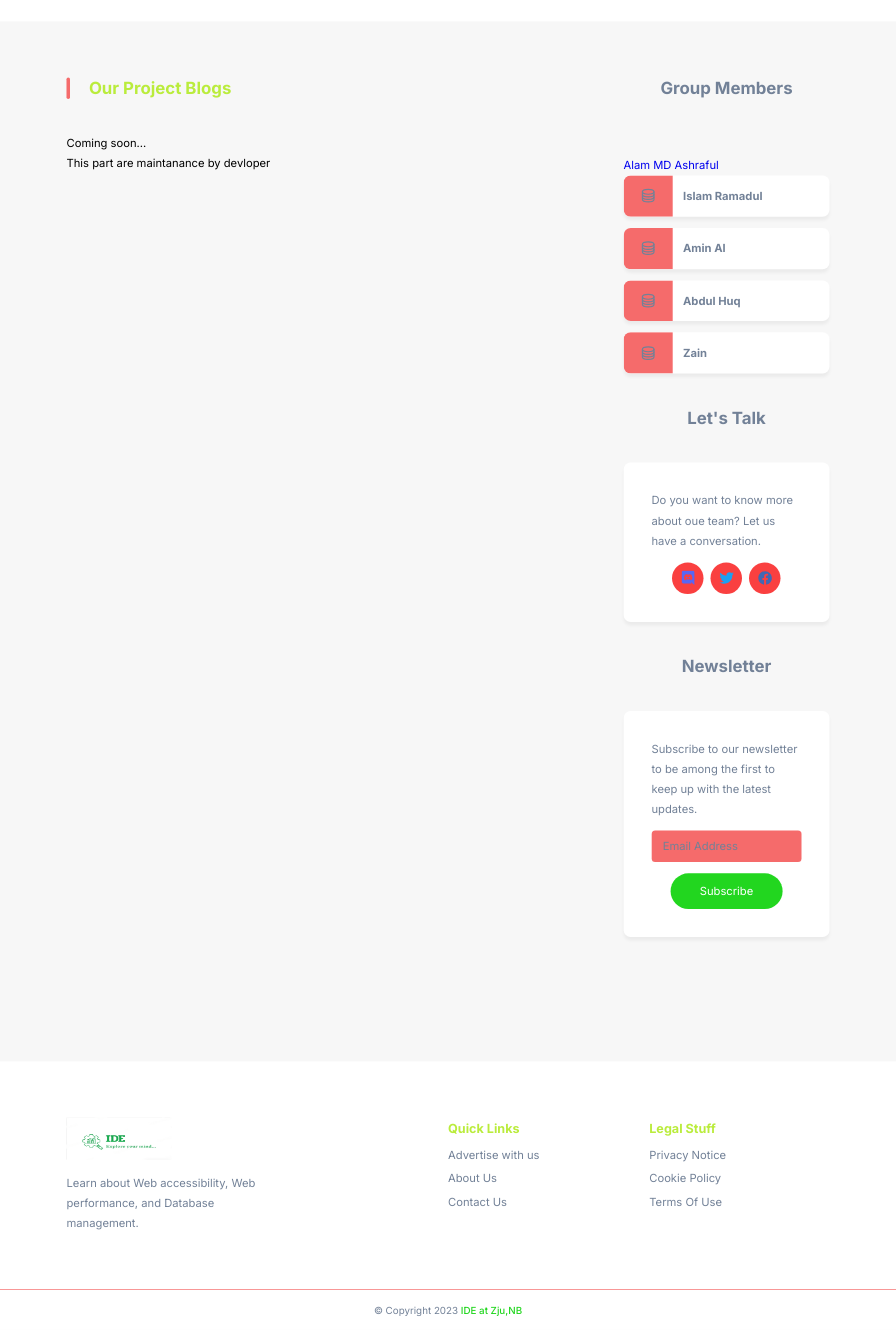
Repository: ramizraaz/zjuTeam
Page: main.html
These files come from the project's save history. The page is drawn as it stood at one moment and after the next save; the edit follows.
The browser window is 1280 px wide. The pictures show the part of the page from y = 521 to 2421 px (the page is 2421 px tall), at 70% of full size.
A picture or video elsewhere on the page could not be fetched, so the positions and the page height are approximate.

Above is the page before, as saved 2023-10-09 02:53:55.

### main.html
<!DOCTYPE html>
<html lang="en">

<head>
    <meta charset="UTF-8">
    <meta http-equiv="X-UA-Compatible" content="IE=edge">
    <meta name="viewport" content="width=device-width, initial-scale=1.0">
    <title>Team IDE at Zju,NB</title>


    <!--
    - custom css link
  -->
    <link rel="stylesheet" href="main.css">

    <!--
    - google font link
  -->
    <link rel="preconnect" href="https://fonts.googleapis.com">
    <link rel="preconnect" href="https://fonts.gstatic.com" crossorigin>
    <link href="https://fonts.googleapis.com/css2?family=Inter:wght@400;500;600;700;900&display=swap" rel="stylesheet">
</head>

<body class="light-theme">

    <!--
    - #HEADER
  -->

    <header>

        <div class="container">

            <nav class="navbar">

                <a href="#">
                    <img src="img/teamLogo.png" alt="Team LoGo" width="150" height="80" class="logo-light">
                    <img src="img/teamLogo.png" alt="Team logo" width="150" height="80" class="logo-dark">
                </a>

                <div class="btn-group">

                    <button class="theme-btn theme-btn-mobile light">
            <ion-icon name="moon" class="moon"></ion-icon>
            <ion-icon name="sunny" class="sun"></ion-icon>
          </button>

                    <button class="nav-menu-btn">
            <ion-icon name="menu-outline"></ion-icon>
          </button>

                </div>

                <div class="flex-wrapper">

                    <ul class="desktop-nav">

                        <li>
                            <a href="#" class="nav-link">Home</a>
                        </li>

                        <li>
                            <a href="#" class="nav-link">About US</a>
                        </li>

                        <li>
                            <a href="#" class="nav-link">Contact US</a>
                        </li>

                    </ul>

                    <button class="theme-btn theme-btn-desktop light">
            <ion-icon name="moon" class="moon"></ion-icon>
            <ion-icon name="sunny" class="sun"></ion-icon>
          </button>

                </div>

                <div class="mobile-nav">

                    <button class="nav-close-btn">
            <ion-icon name="close-outline"></ion-icon>
          </button>

                    <div class="wrapper">

                        <p class="h3 nav-title">Main Menu</p>

                        <ul>
                            <li class="nav-item">
                                <a href="#" class="nav-link">Home</a>
                            </li>

                            <li class="nav-item">
                                <a href="#" class="nav-link">About Me</a>
                            </li>

                            <li class="nav-item">
                                <a href="#" class="nav-link">Contact</a>
                            </li>
                        </ul>

                    </div>
                </div>

            </nav>

        </div>

    </header>





    <main>

        <!--
      - #HERO SECTION
    -->

        <div class="hero">

            <div class="container">

                <div class="left">

                    <h1 class="h1">
                        Hi, We're <b>IDE&nbsp;Team</b>.
                        <br>at Zju,NB
                    </h1>

                    <p class="h3">
                        Your problems <abbr title="Accessibility">is</abbr> our opportunity
                    </p>

                    <div class="btn-group">
                        <a href="#" class="btn btn-primary">Contact us</a>
                        <a href="#" class="btn btn-secondary">About us</a>
                    </div>

                </div>

                <div class="right">

                    <div class="pattern-bg"></div>
                    <div class="img-box">
                        <img src="img/teamPhoto.jpg" alt="Group Photo" class="hero-img">
                    </div>

                </div>

            </div>

        </div>





        <div class="main">

            <div class="container">

                <!--
          - BLOG SECTION
        -->

                <div class="blog">

                    <h2 class="h2">Our Project Blogs</h2>
                    <p>Coming soon... <br> This part are maintanance by devloper</p>

                </div>





                <!--
          - ASIDE
        -->

                <div class="aside">

                    <div class="topics">

                        <h2 class="h2">Group Members</h2>

                        <a href="#" class="topic-btn">


                            <p>
                                <a href="https://ashraful756.github.io/Ashraful_Profile/" target="">Alam MD Ashraful</a></p>
                        </a>
                        <a href="#" class="topic-btn">
                            <div class="icon-box">
                                <ion-icon name="server-outline"></ion-icon>
                            </div>

                            <p>Islam Ramadul</p>
                        </a>
                        <a href="#" class="topic-btn">
                            <div class="icon-box">
                                <ion-icon name="server-outline"></ion-icon>
                            </div>

                            <p>Amin Al</p>
                        </a>
                        <a href="#" class="topic-btn">
                            <div class="icon-box">
                                <ion-icon name="server-outline"></ion-icon>
                            </div>

                            <p>Abdul Huq</p>
                        </a>
                        <a href="#" class="topic-btn">
                            <div class="icon-box">
                                <ion-icon name="server-outline"></ion-icon>
                            </div>

                            <p>Zain</p>
                        </a>

                    </div>
                    <div class="contact">

                        <h2 class="h2">Let's Talk</h2>

                        <div class="wrapper">

                            <p>
                                Do you want to know more about oue team? Let us have a conversation.
                            </p>

                            <ul class="social-link">

                                <li>
                                    <a href="#" class="icon-box discord">
                                        <ion-icon name="logo-discord"></ion-icon>
                                    </a>
                                </li>

                                <li>
                                    <a href="#" class="icon-box twitter">
                                        <ion-icon name="logo-twitter"></ion-icon>
                                    </a>
                                </li>

                                <li>
                                    <a href="#" class="icon-box facebook">
                                        <ion-icon name="logo-facebook"></ion-icon>
                                    </a>
                                </li>

                            </ul>

                        </div>

                    </div>

                    <div class="newsletter">

                        <h2 class="h2">Newsletter</h2>

                        <div class="wrapper">

                            <p>
                                Subscribe to our newsletter to be among the first to keep up with the latest updates.
                            </p>

                            <form action="#">
                                <input type="email" name="email" placeholder="Email Address" required>

                                <button type="submit" class="btn btn-primary">Subscribe</button>
                            </form>

                        </div>

                    </div>

                </div>

            </div>

        </div>

    </main>





    <!--
    - #FOOTER
  -->

    <footer>

        <div class="container">

            <div class="wrapper">

                <a href="#" class="footer-logo">
                    <img src="img/teamLogo.png" alt="Team Logo" width="150" height="60" class="logo-light">
                    <img src="img/teamLogo.png" alt="Team Logo" width="150" height="60" class="logo-dark">
                </a>

                <p class="footer-text">
                    Learn about Web accessibility, Web performance, and Database management.
                </p>

            </div>

            <div class="wrapper">

                <p class="footer-title">Quick Links</p>

                <ul>

                    <li>
                        <a href="#" class="footer-link">Advertise with us</a>
                    </li>

                    <li>
                        <a href="#" class="footer-link">About Us</a>
                    </li>

                    <li>
                        <a href="#" class="footer-link">Contact Us</a>
                    </li>

                </ul>

            </div>

            <div class="wrapper">

                <p class="footer-title">Legal Stuff</p>

                <ul>

                    <li>
                        <a href="#" class="footer-link">Privacy Notice</a>
                    </li>

                    <li>
                        <a href="#" class="footer-link">Cookie Policy</a>
                    </li>

                    <li>
                        <a href="#" class="footer-link">Terms Of Use</a>
                    </li>

                </ul>

            </div>

        </div>

        <p class="copyright">
            &copy; Copyright 2023 <a href="https://github.com/NexMaker-Fab/2023zjudem-team2" target="_blank">IDE at Zju,NB</a>
        </p>

    </footer>





    <!--
    - custom js link
  -->
    <script src="js/script.min.js"></script>

    <!--
    - ionicon link
  -->
    <script type="module" src="https://unpkg.com/ionicons@5.5.2/dist/ionicons/ionicons.esm.js"></script>
    <script nomodule src="https://unpkg.com/ionicons@5.5.2/dist/ionicons/ionicons.js"></script>
</body>

</html>

Loaded but not shown: js/script.min.js (common file); main.css (892 lines, source omitted)

After the next save:
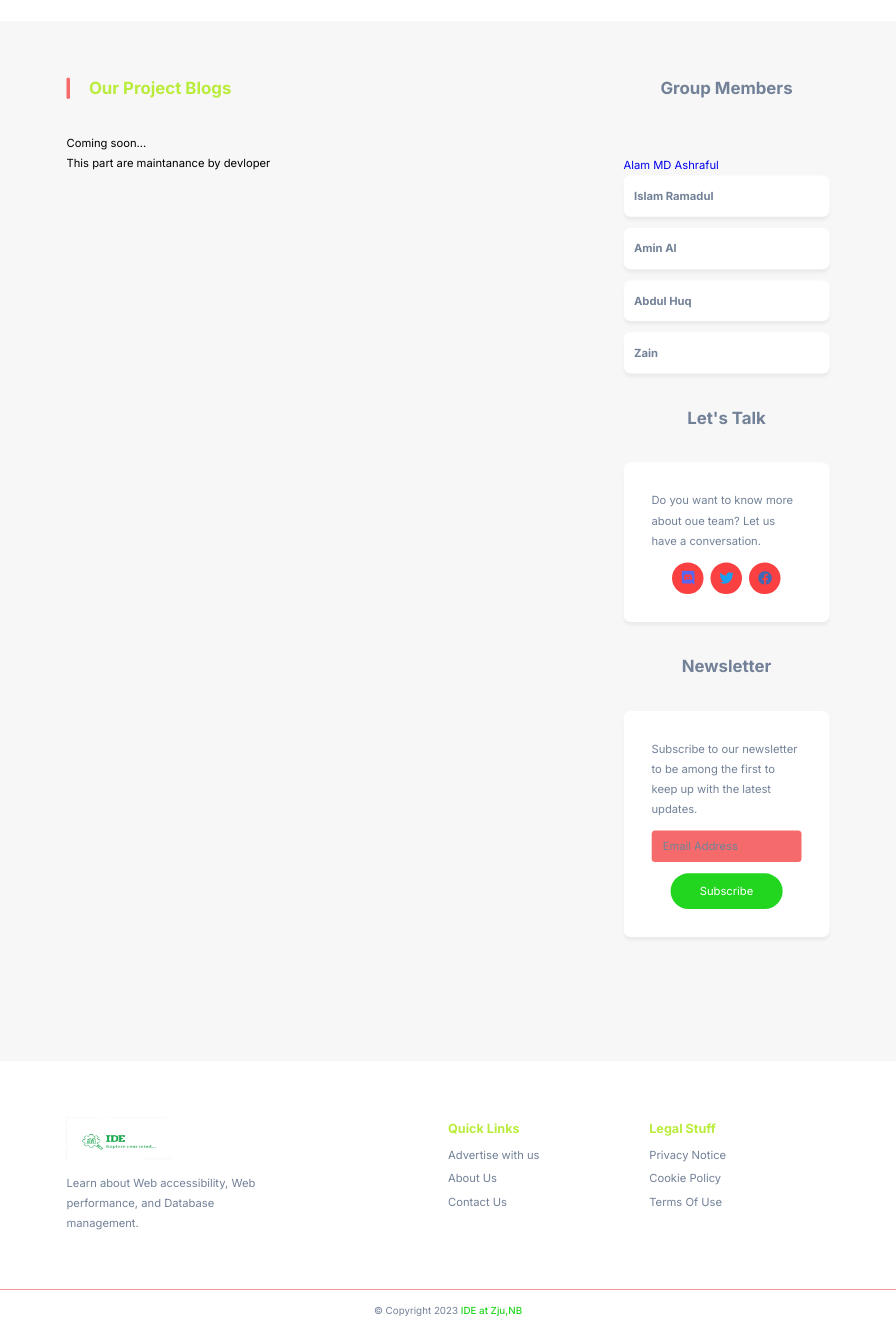
Saved 31 s later.
--- a/main.html
+++ b/main.html
@@ -188,36 +188,26 @@
                         <h2 class="h2">Group Members</h2>
 
                         <a href="#" class="topic-btn">
-
-
                             <p>
                                 <a href="https://ashraful756.github.io/Ashraful_Profile/" target="">Alam MD Ashraful</a></p>
                         </a>
                         <a href="#" class="topic-btn">
-                            <div class="icon-box">
-                                <ion-icon name="server-outline"></ion-icon>
-                            </div>
+
 
                             <p>Islam Ramadul</p>
                         </a>
                         <a href="#" class="topic-btn">
-                            <div class="icon-box">
-                                <ion-icon name="server-outline"></ion-icon>
-                            </div>
+
 
                             <p>Amin Al</p>
                         </a>
                         <a href="#" class="topic-btn">
-                            <div class="icon-box">
-                                <ion-icon name="server-outline"></ion-icon>
-                            </div>
+
 
                             <p>Abdul Huq</p>
                         </a>
                         <a href="#" class="topic-btn">
-                            <div class="icon-box">
-                                <ion-icon name="server-outline"></ion-icon>
-                            </div>
+
 
                             <p>Zain</p>
                         </a>
